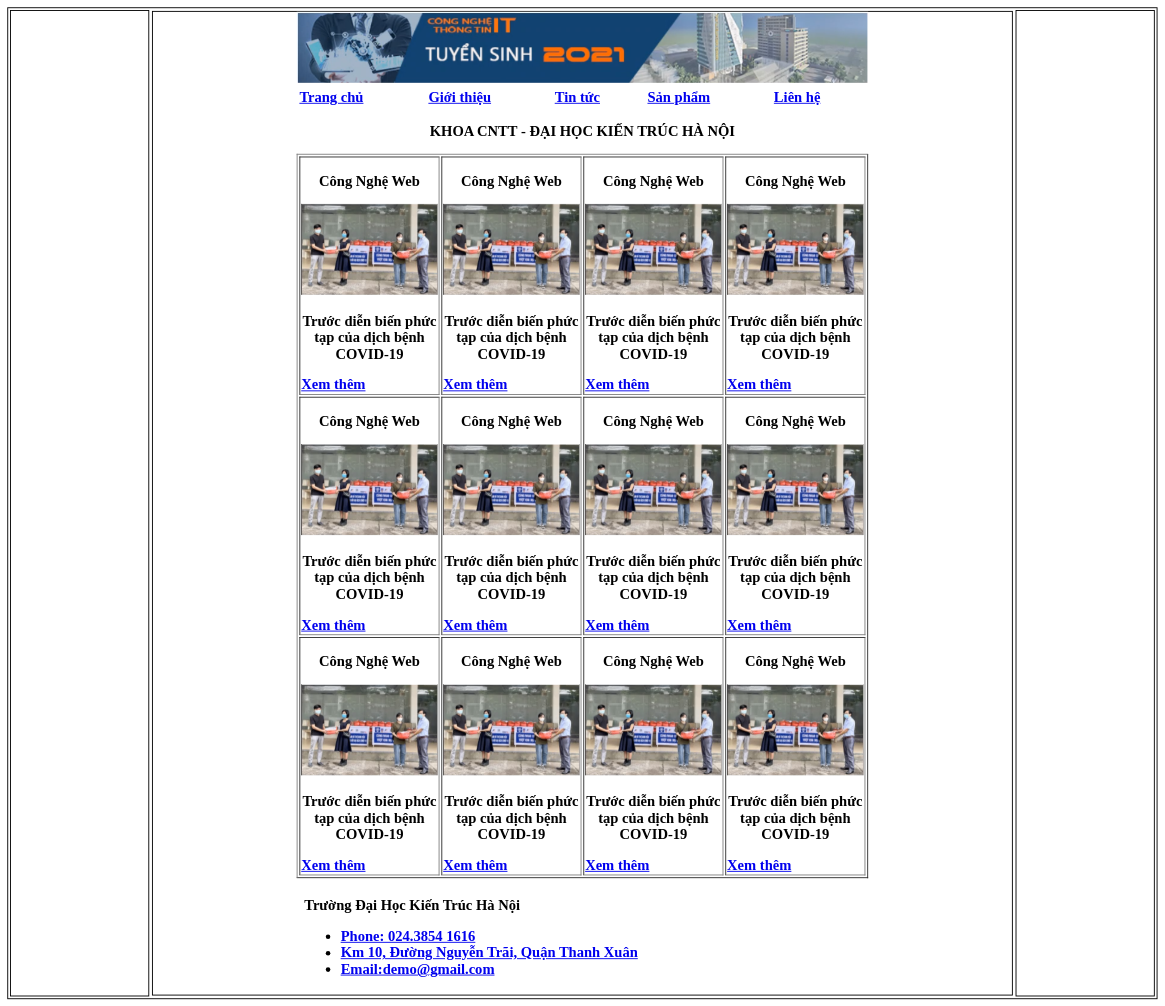
Repository: longtn213/Frond_end_HTML-CSS
Page: Front-End/Demohtml/baitapbuoi2.html
These files come from the project's save history. The page is drawn as it stood at one moment and after the next save; the edit follows.
The browser window is 1280 px wide. The pictures show the whole page, at 91% of full size.

Above is the page before, as saved 2021-09-09 14:58:47.

### Front-End/Demohtml/baitapbuoi2.html
<!DOCTYPE html>
<html>

<head>
	<meta charset="utf-8">
	<title>Bai tap</title>
	<style type="text/css">
		bdy {
			width: 30%;
			margin: 0 auto;
		}
	</style>
</head>

<body>
	<table style="width: 100%; border:1px solid black;">
		<tr>
			<th style="border: 1px solid #000; padding:50px;"></th>
			<th>
				<center style="border: 1px solid #000;">
					<img class="anhtop" width="628px" src="./img/slider.png"">

					<br>
					<center >
						<table width=" 628px">
					<tr>
						<td>
							<a href="#">Trang chủ</a>
						</td>
						<td>
							<a href="#">Giới thiệu</a>
						</td>
						<td>
							<a href="#">Tin tức</a>
						</td>
						<td>
							<a href="#">Sản phẩm</a>
						</td>
						<td>
							<a href="#">Liên hệ</a>
						</td>
					</tr>
					</table>
					</center>



					<center>
					<p>
						<b>
							KHOA CNTT - ĐẠI HỌC KIẾN TRÚC HÀ NỘI
						</b>
					</p>
					<table width="100px" border="1">
						<tr>
							<td>
								<center>
									<p>
										<b>Công Nghệ Web</b>
									</p>
									<img src="/img/img1.png" width="150px" height="100px"><br>
									<p>
										Trước diễn biến phức tạp của dịch bệnh COVID-19
									</p>
								</center>
								<a href="#">Xem thêm</a>
							</td>
							<td>
								<center>
									<p>
										<b>Công Nghệ Web</b>
									</p>
									<img src="/img/img1.png" width="150px" height="100px"><br>
									<p>
										Trước diễn biến phức tạp của dịch bệnh COVID-19
									</p>
								</center>
								<a href="#">Xem thêm</a>
							</td>
							<td>
								<center>
									<p>
										<b>Công Nghệ Web</b>
									</p>
									<img src="/img/img1.png" width="150px" height="100px"><br>
									<p>
										Trước diễn biến phức tạp của dịch bệnh COVID-19
									</p>
								</center>
								<a href="#">Xem thêm</a>
							</td>
							<td>
								<center>
									<p>
										<b>Công Nghệ Web</b>
									</p>
									<img src="/img/img1.png" width="150px" height="100px"><br>
									<p>
										Trước diễn biến phức tạp của dịch bệnh COVID-19
									</p>
								</center>
								<a href="#">Xem thêm</a>
							</td>
						</tr>
						<tr>
							<td>
								<center>
									<p>
										<b>Công Nghệ Web</b>
									</p>
									<img src="/img/img1.png" width="150px" height="100px"><br>
									<p>
										Trước diễn biến phức tạp của dịch bệnh COVID-19
									</p>
								</center>
								<a href="#">Xem thêm</a>
							</td>
							<td>
								<center>
									<p>
										<b>Công Nghệ Web</b>
									</p>
									<img src="/img/img1.png" width="150px" height="100px"><br>
									<p>
										Trước diễn biến phức tạp của dịch bệnh COVID-19
									</p>
								</center>
								<a href="#">Xem thêm</a>
							</td>
							<td>
								<center>
									<p>
										<b>Công Nghệ Web</b>
									</p>
									<img src="/img/img1.png" width="150px" height="100px"><br>
									<p>
										Trước diễn biến phức tạp của dịch bệnh COVID-19
									</p>
								</center>
								<a href="#">Xem thêm</a>
							</td>
							<td>
								<center>
									<p>
										<b>Công Nghệ Web</b>
									</p>
									<img src="/img/img1.png" width="150px" height="100px"><br>
									<p>
										Trước diễn biến phức tạp của dịch bệnh COVID-19
									</p>
								</center>
								<a href="#">Xem thêm</a>
							</td>
						</tr>
						<tr>
							<td>
								<center>
									<p>
										<b>Công Nghệ Web</b>
									</p>
									<img src="/img/img1.png" width="150px" height="100px"><br>
									<p>
										Trước diễn biến phức tạp của dịch bệnh COVID-19
									</p>
								</center>
								<a href="#">Xem thêm</a>
							</td>
							<td>
								<center>
									<p>
										<b>Công Nghệ Web</b>
									</p>
									<img src="/img/img1.png" width="150px" height="100px"><br>
									<p>
										Trước diễn biến phức tạp của dịch bệnh COVID-19
									</p>
								</center>
								<a href="#">Xem thêm</a>
							</td>
							<td>
								<center>
									<p>
										<b>Công Nghệ Web</b>
									</p>
									<img src="/img/img1.png" width="150px" height="100px"><br>
									<p>
										Trước diễn biến phức tạp của dịch bệnh COVID-19
									</p>
								</center>
								<a href="#">Xem thêm</a>
							</td>
							<td>
								<center>
									<p>
										<b>Công Nghệ Web</b>
									</p>
									<img src="/img/img1.png" width="150px" height="100px"><br>
									<p>
										Trước diễn biến phức tạp của dịch bệnh COVID-19
									</p>
								</center>
								<a href="#">Xem thêm</a>
							</td>
						</tr>
					</table>
					<br>
					<table width="628px">
						<tr>
							<td colspan="3">
							</td>
							<td colspan="2">
								<b>Trường Đại Học Kiến Trúc Hà Nội</b>
								<ul>
									<li>
										<a href="#">Phone: 024.3854 1616</a>
									</li>
									<li>
										<a href="#">Km 10, Đường Nguyễn Trãi, Quận Thanh Xuân</a>
									</li>
									<li>
										<a href="#">Email:demo@gmail.com</a>
									</li>
								</ul>
							</td>
						</tr>
					</table>
					</center>
				</center>
			</th>
			<th style="border: 1px solid #000; padding:50px;"></th>
		</tr>
	</table>






</body>

</html>

After the next save:
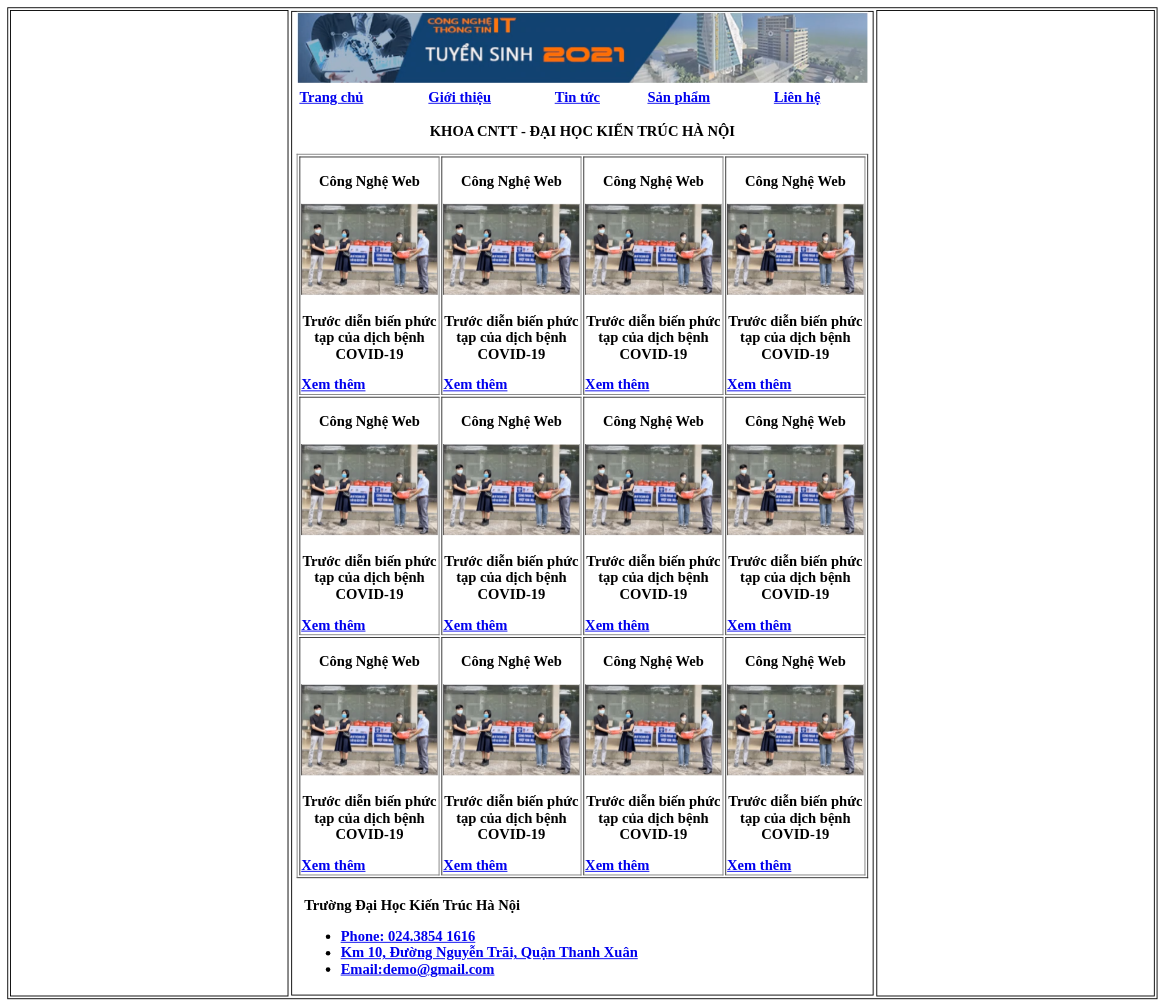
Saved 11 s later.
--- a/Front-End/Demohtml/baitapbuoi2.html
+++ b/Front-End/Demohtml/baitapbuoi2.html
@@ -15,7 +15,7 @@
 <body>
 	<table style="width: 100%; border:1px solid black;">
 		<tr>
-			<th style="border: 1px solid #000; padding:50px;"></th>
+			<th style="border: 1px solid #000; padding:150px;"></th>
 			<th>
 				<center style="border: 1px solid #000;">
 					<img class="anhtop" width="628px" src="./img/slider.png"">
@@ -227,7 +227,7 @@
 					</center>
 				</center>
 			</th>
-			<th style="border: 1px solid #000; padding:50px;"></th>
+			<th style="border: 1px solid #000; padding:150px;"></th>
 		</tr>
 	</table>
 
